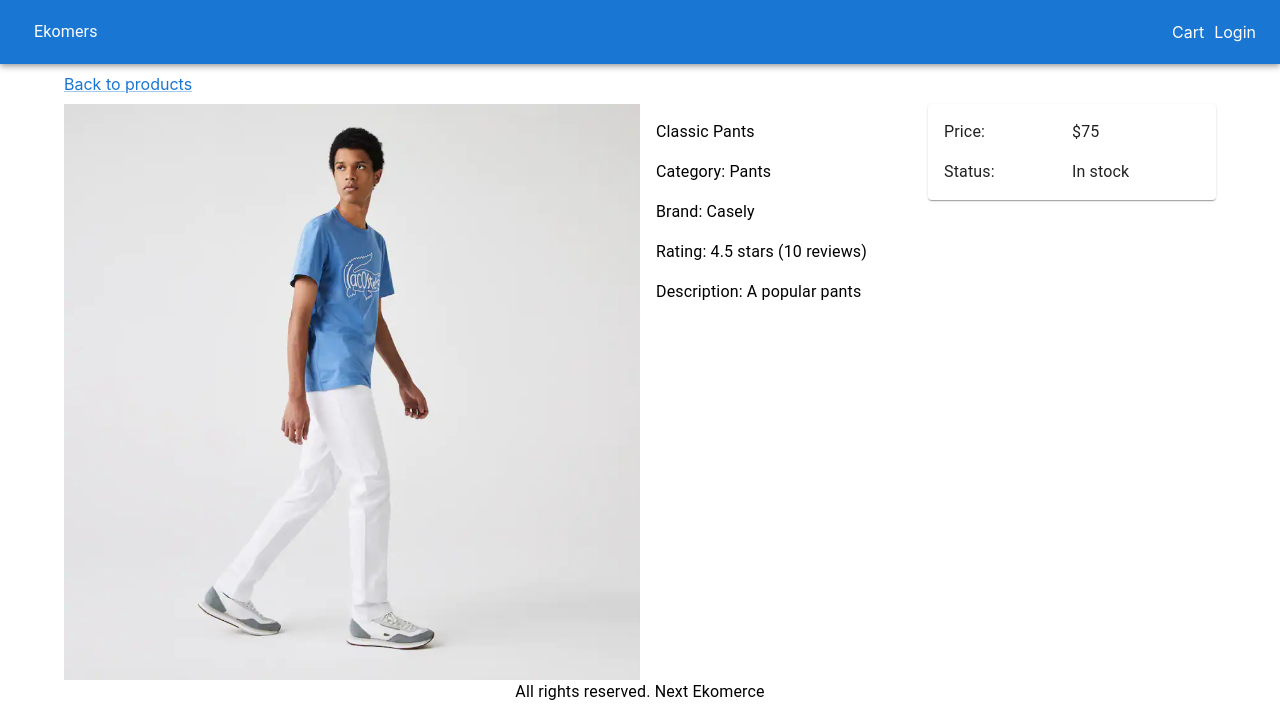
Repository: ChakmaSajib/ekomerce
Page: /product/classic-pants
These files come from the project's save history. The page is drawn as it stood at one moment and after the next save; the edit follows.
The browser window is 1280 px wide. The pictures show the whole page.
The project was rebuilt for these pictures with package versions that can differ from the ones it lists, and the page was loaded fresh each time. The framework's server and built-in components were replaced by stand-ins that run in the browser. Also part of the build but not shown: next.config.js.

Above is the page before, as saved 2022-01-02 13:09:25.

After the next save:
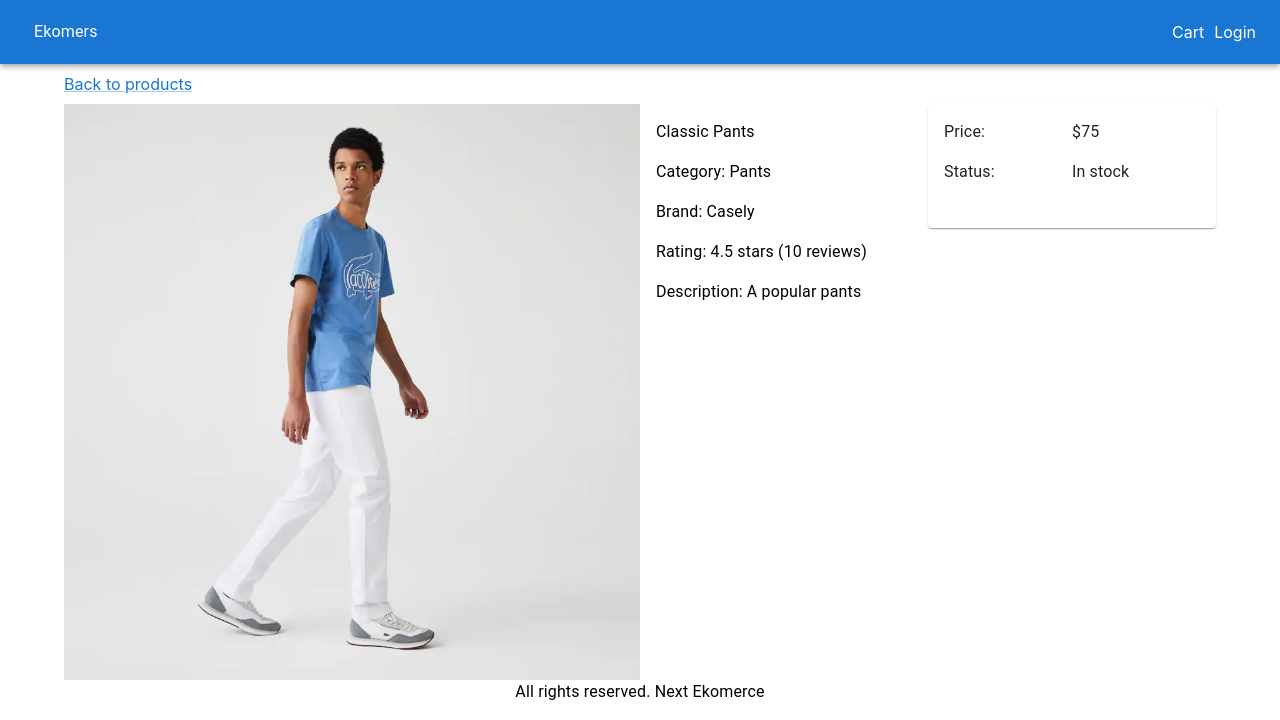
Saved 37 s later.
--- a/pages/product/[slug].js
+++ b/pages/product/[slug].js
@@ -6,7 +6,7 @@
 import React from 'react'
 import Layout from '../../components/Layout'
 import data from "../../utils/data"
-import { Card, Grid, Link, List, ListItem, Typography } from '@mui/material'
+import { Button, Card, Grid, Link, List, ListItem, Typography } from '@mui/material'
 import useStyles from '../../utils/styles'
 
 
@@ -94,6 +94,9 @@
                             </ListItem>
 
                             {/** Add to cart button */}
+                            <ListItem>
+                                <Button fullWidth color="primary"></Button>
+                            </ListItem>
 
                         </List>
                     </Card>
